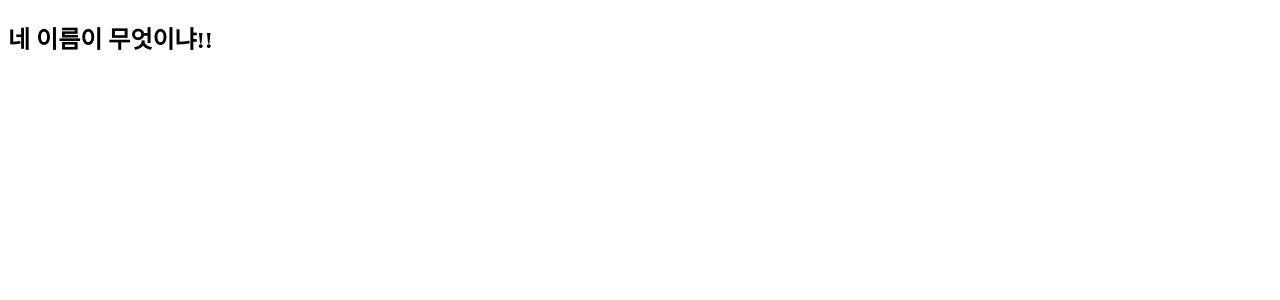
Repository: angwanghyeon/eclipse
Page: http://localhost/webpractice/footer.jsp
The author's editor kept a copy of each file at every save. The page is drawn from the files as they stood at one save, then again after the next save.
The browser window is 1280 px wide. The pictures show the whole page.
The page is served by Tomcat 9. Other server files are loaded and not shown.

Above is the page before, as saved 2023-08-31 03:30:03.

### webpractice/src/main/webapp/footer.jsp
<%@ page language="java" contentType="text/html; charset=UTF-8"
    pageEncoding="UTF-8"%>
<!DOCTYPE html>
<html>
<head>
<meta charset="UTF-8">
<title>Insert title here</title>
</head>
<body>
<h2>네 이름이 무엇이냐!!</h2>
</body>
</html>

After the next save:
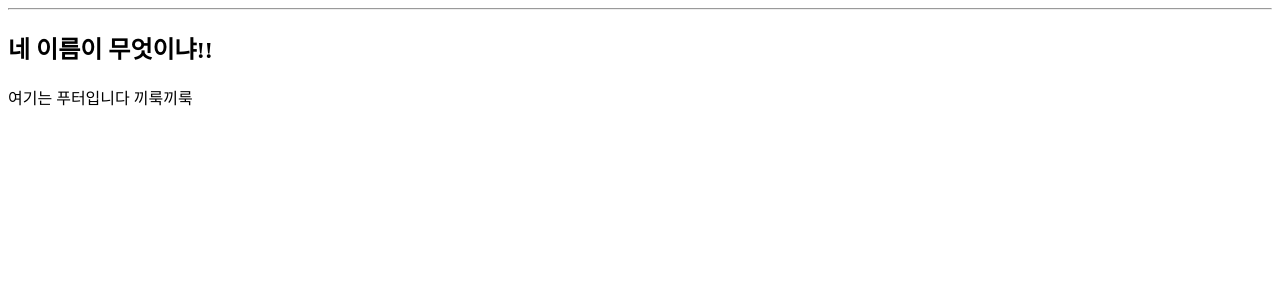
Saved 29 s later.
--- a/webpractice/src/main/webapp/footer.jsp
+++ b/webpractice/src/main/webapp/footer.jsp
@@ -7,6 +7,8 @@
 <title>Insert title here</title>
 </head>
 <body>
+<hr>
 <h2>네 이름이 무엇이냐!!</h2>
+<p>여기는 푸터입니다 끼룩끼룩</p>
 </body>
 </html>
